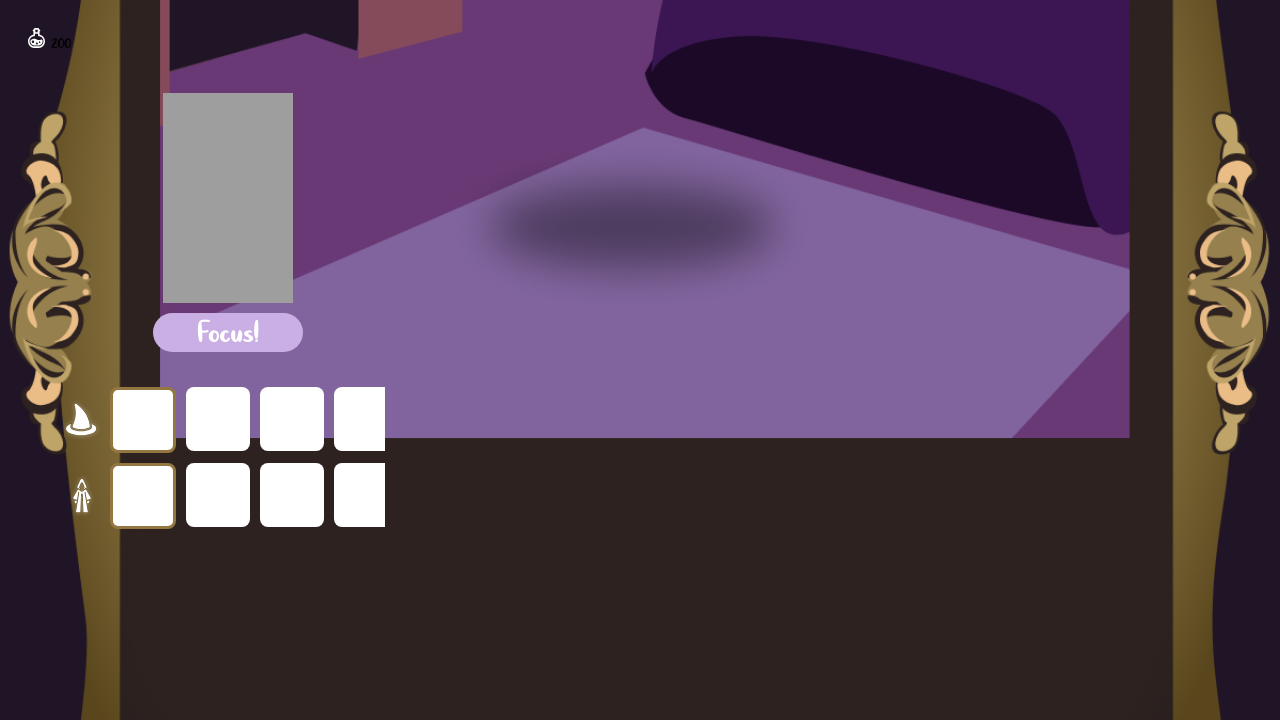
Repository: zhangolivia7/Little-Witch-Alcove
Page: popup.html
The author's editor kept a copy of each file at every save. The page is drawn from the files as they stood at one save, then again after the next save.
The browser window is 1280 px wide. The pictures show the whole page.
Pictures or frames that could not be fetched are drawn as grey boxes.

Above is the page before, as saved 2025-11-15 17:10:23.

### popup.html
<!DOCTYPE html>
<html>
  <head>
    <title>Little Witch Alcove</title>
    <link rel="stylesheet" href="popup.css">
  </head>
  <body>
    <div id="potion-currency">
        <img src="Assets/Icons/Potion.svg" alt="Potion" class="potion-icon">
        <span id="potion-count">200</span>
    </div>
    <div>
        <img src="Assets/Witch.png" alt="Witch" id="witch-img">
    </div>
    <button id="focus-btn">Focus!</button>

    <div id="customization">
        <div class="category-row">
            <img src="Assets/Icons/Hat Category.svg" alt="Hat" class="category-icon">
            <div class="items-scroll">
                <div class="item-slot selected"></div>
                <div class="item-slot"></div>
                <div class="item-slot"></div>
                <div class="item-slot"></div>
                <div class="item-slot"></div>
            </div>
        </div>
        <div class="category-row">
            <img src="Assets/Icons/Robe Category.svg" alt="Robe" class="category-icon">
            <div class="items-scroll">
                <div class="item-slot selected"></div>
                <div class="item-slot"></div>
                <div class="item-slot"></div>
                <div class="item-slot"></div>
                <div class="item-slot"></div>
            </div>
        </div>
    </div>

    <script src="popup.js"></script>
  </body>
</html>

### popup.css
@font-face {
    font-family: 'QuiteMagical';
    src: url('Assets/Font/QuiteMagicalRegular.ttf');
}

body {
    width: 400px;
    height: 500px;
    background-image: url('Assets/No UI.png');
    background-repeat: no-repeat;
    background-position: center center;
    background-size: cover;
    background-color: #201526;
    padding: 20px;
    font-family: 'QuiteMagical';
  }

  h1 {
    font-size: 18px;
    text-align: center;
  }

  #focus-btn {
    width: 150px;
    margin: 10px auto 0 auto;
    padding: 5px 2px 0px 2px;
    border-radius: 25px;
    background: #CAAFE5;
    color: white;
    font-family: 'QuiteMagical';
    font-size: 36px;
    border: none;
    cursor: pointer;
    display: block;
  }

  #witch-img {
    width: 130px;
    height: 210px;
    margin: 40px auto 0 auto;
    display: block;
  }

  #customization {
    margin-top: 25px;
    padding: 10px 0;
  }

  .category-row {
    display: flex;
    align-items: center;
    margin-bottom: 10px;
    gap: 5px;
    margin-left: 35px;
  }

  .category-icon {
    width: 42px;
    height: 42px;
    flex-shrink: 0;
    color: white;
  }

  .items-scroll {
    display: flex;
    gap: 10px;
    overflow-x: auto;
    overflow-y: hidden;
    flex: 1;
    max-width: 275px;
    scrollbar-width: none;
    -ms-overflow-style: none;
  }

  .items-scroll::-webkit-scrollbar {
    display: none;
  }

  .item-slot {
    width: 60px;
    height: 60px;
    background: white;
    border-radius: 8px;
    flex-shrink: 0;
    border: 2px solid transparent;
  }

  .item-slot.selected {
    border: 3px solid #937640;
  }

### popup.js
document.getElementById("focus-btn").addEventListener("click", () => {
    alert("Hex of Concentration activated! 🔮");
  });

After the next save:
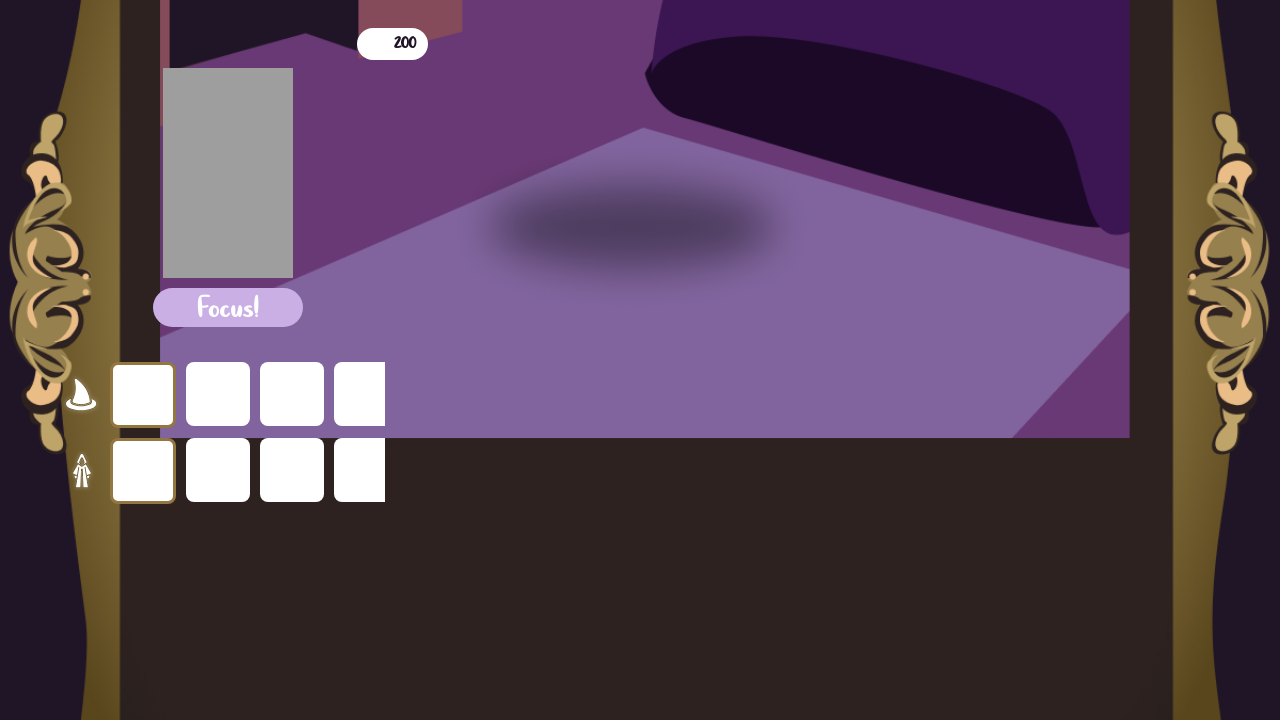
Saved 2 s later.
--- a/popup.css
+++ b/popup.css
@@ -13,6 +13,33 @@ body {
     background-color: #201526;
     padding: 20px;
     font-family: 'QuiteMagical';
+    position: relative;
+  }
+
+  #potion-currency {
+    position: absolute;
+    top: 20px;
+    right: 20px;
+    display: flex;
+    align-items: center;
+    gap: 8px;
+    background: white;
+    border-radius: 20px;
+    padding: 6px 12px;
+    z-index: 10;
+  }
+
+  .potion-icon {
+    width: 17px;
+    height: 20px;
+    flex-shrink: 0;
+  }
+
+  #potion-count {
+    color: #201526;
+    font-family: 'QuiteMagical';
+    font-size: 18px;
+    font-weight: bold;
   }
 
   h1 {
